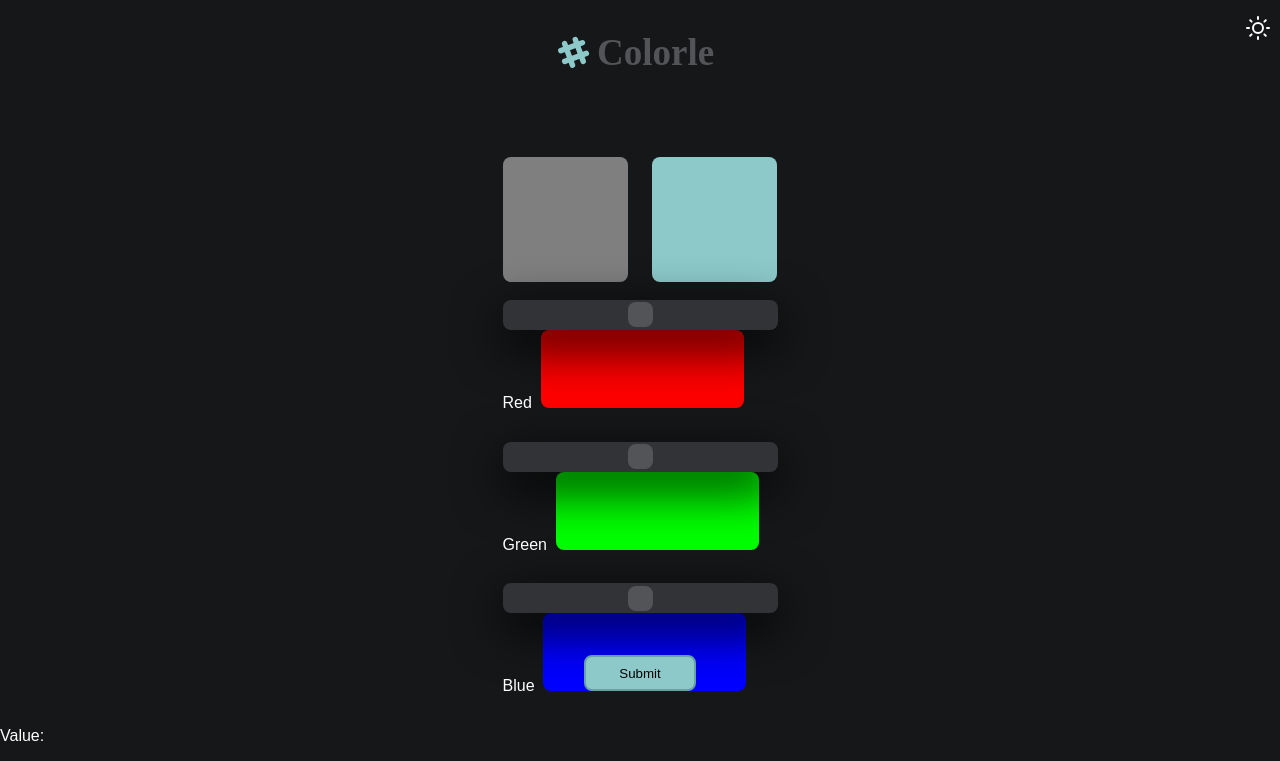
Repository: Artem-Melnik/Colorle
Page: index.html
These files come from the project's save history. The page is drawn as it stood at one moment and after the next save; the edit follows.
The browser window is 1280 px wide. The pictures show the whole page.

Above is the page before, as saved 2022-05-14 23:15:36.

After the next save:
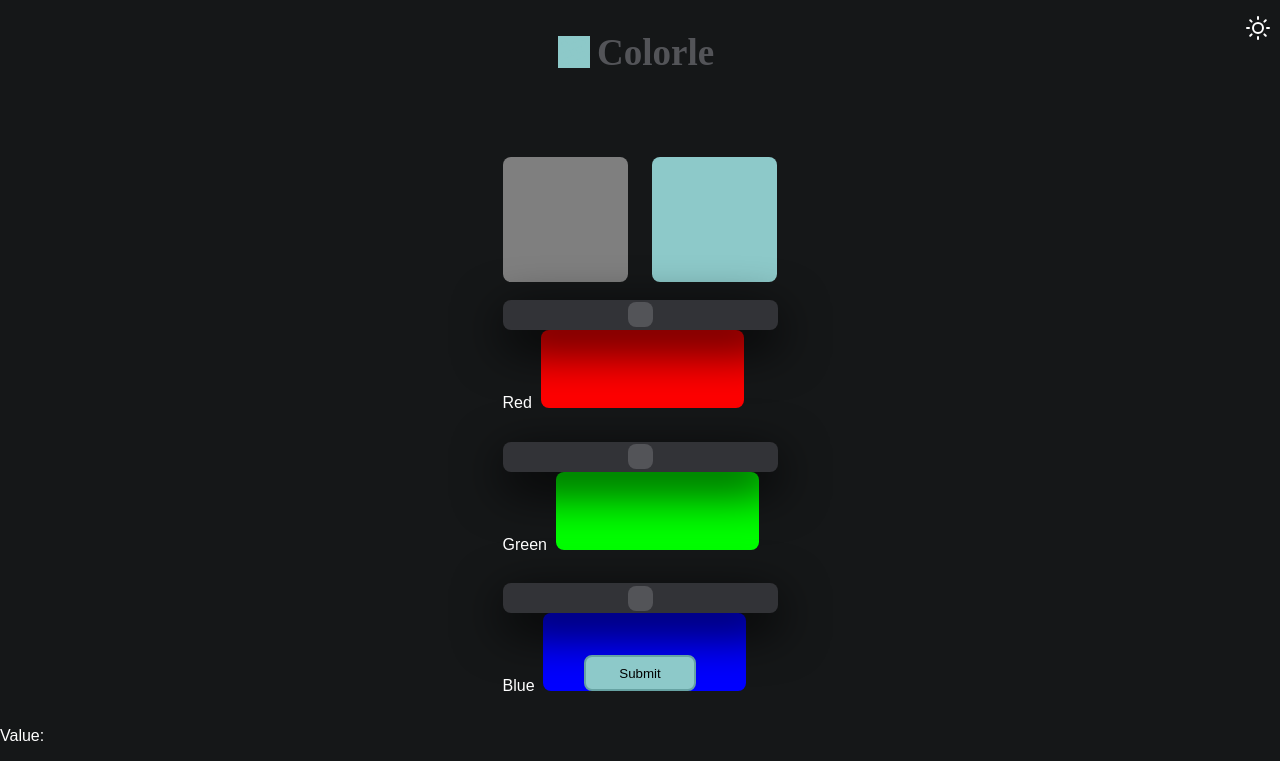
Saved 98 s later.
--- a/index.js
+++ b/index.js
@@ -103,6 +103,7 @@
 }
 
 document.getElementById("correctColor").style.backgroundColor = correctRgb;
+document.getElementById("logo").style.backgroundColor = correctRgb;
 document.getElementById("submitButton").style.backgroundColor = correctRgb;
 document.getElementById("submitButton").style.borderColor =
   "rgb(" +

After the 2 saves that followed:
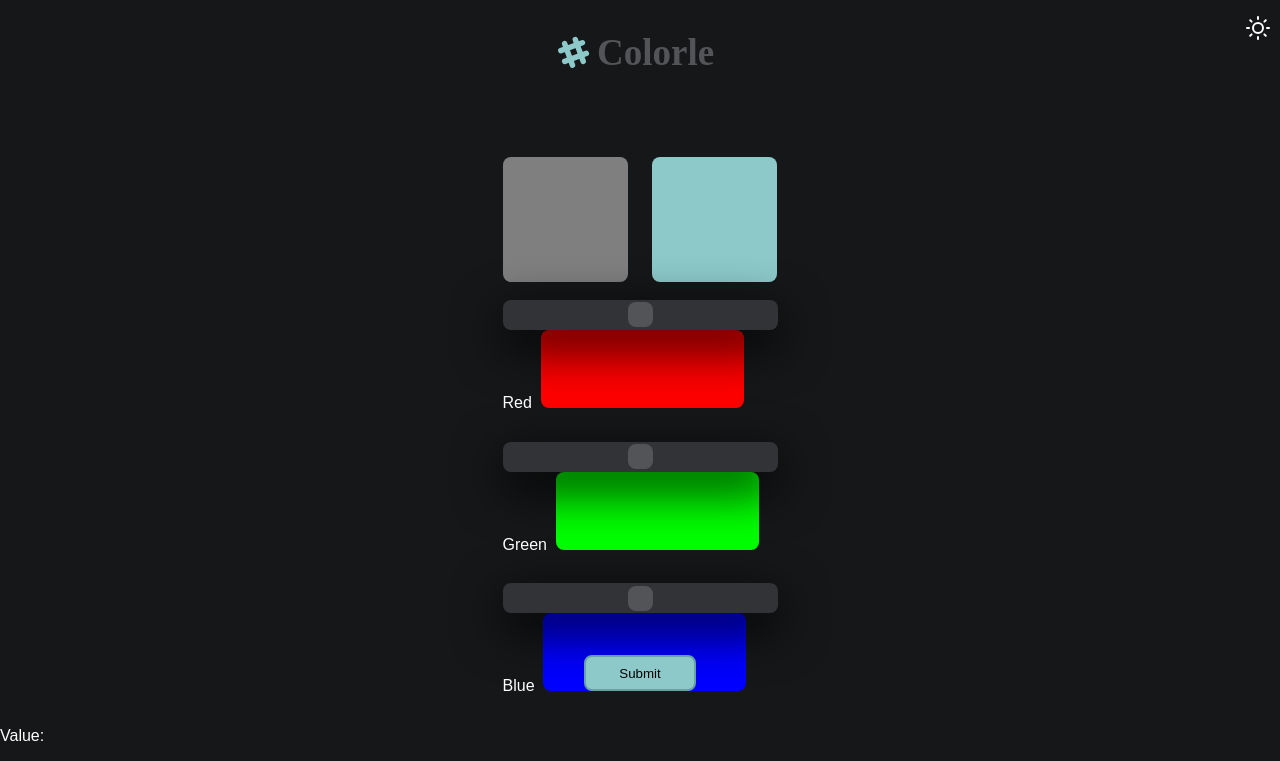
The 2 saves are shown as one change because 1 left the picture as it was.
The last was saved 37 s later.
--- a/index.js
+++ b/index.js
@@ -103,7 +103,7 @@
 }
 
 document.getElementById("correctColor").style.backgroundColor = correctRgb;
-document.getElementById("logo").style.backgroundColor = correctRgb;
+document.getElementById("logo").style.fill = correctRgb;
 document.getElementById("submitButton").style.backgroundColor = correctRgb;
 document.getElementById("submitButton").style.borderColor =
   "rgb(" +
